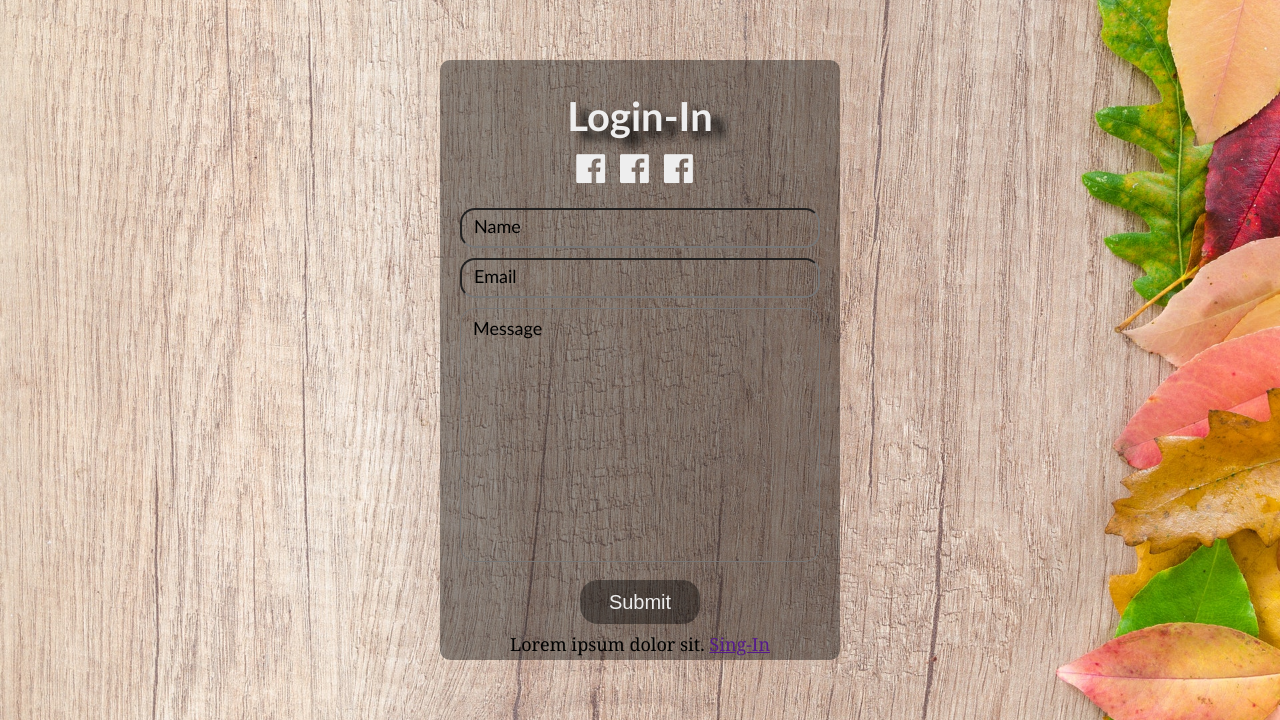
Repository: imedakrouti/BookStore
Page: ex.html
An editor plug-in stored every save of this project. The page is shown before and after the next save, followed by the edit.
The browser window is 1280 px wide. The pictures show the whole page.
Some web libraries are served in a nearby version.

Above is the page before, as saved 2020-05-08 16:00:55.

### ex.html
<!DOCTYPE html>
<html lang="en">
<head>
    <meta charset="UTF-8">
    <meta name="viewport" content="width=device-width, initial-scale=1.0">
    <link rel="stylesheet" href="https://use.fontawesome.com/releases/v5.0.10/css/all.css" integrity="sha384-+d0P83n9kaQMCwj8F4RJB66tzIwOKmrdb46+porD/OvrJ+37WqIM7UoBtwHO6Nlg" crossorigin="anonymous">

    <title>Document</title>
</head>
<style>
    *{
        margin: 0;
        padding: 0;
        box-sizing: border-box;
    }
    .contact{
        height: 100vh;
        background:url('images/img/wood-bg.jpeg')no-repeat center center/cover;
        display: flex;
        flex-direction: column;
        align-items: center;
        justify-content: center;
    }
    .form-contact{
        width: 400px;
        height: 600px;
        padding: 20px;
        background:rgba(0,0,0,.4);
        text-align: center;
        border-radius:10px;
    }
    .form-contact h2{
        font-size: 40px;
        font-family: 'Gill Sans', 'Gill Sans MT', Calibri, 'Trebuchet MS', sans-serif;
        color:#eee;
        margin:12px 0;
        text-transform: capitalize;
        text-shadow: 12px 8px 9px #000;
    }
    .social-media{

    }
    .social-media i{
        font-size: 33px;
        color:#eee;
        margin-right: 11px;
        margin-bottom: 13px;
    }
    .form-contact input[type='text'],
    .form-contact input[type='email'],
    .form-contact textarea{
        display: block;
        padding: 0.375rem 0.75rem;
        font-size: 1rem;
        line-height: 1.5;
        margin: 10px auto;
        width: 100%;
        resize: none;
        background:transparent;
        border-radius:15px;
        outline: none;

    }
    .form-contact input::placeholder,
    .form-contact textarea::placeholder{
        color:#000;
        font-family: 'Gill Sans', 'Gill Sans MT', Calibri, 'Trebuchet MS', sans-serif;
        font-size: 18px;
    }
    .form-contact .btn{
        display: inline-block;
        font-weight: 400;
        text-align: center;
        white-space: nowrap;
        vertical-align: middle;
        -webkit-user-select: none;
        -moz-user-select: none;
        -ms-user-select: none;
        user-select: none;
        border: 1px solid transparent;
        padding: 0.375rem 1.75rem;
        font-size: 1.25rem;
        color:#eee;
        line-height: 1.5;
        background:rgba(0,0,0,.4);
        cursor:pointer;
        border-radius:18px;
        transition: all .7s;
        margin:8px;
    }
    .btn:hover{
        color:rgba(0,0,0,.8);
        background:#eee;
    }
    .form-contact p{
        font-family: Georgia, 'Times New Roman', Times, serif;
        font-size: 18px;
    }
    /* header{
    height: 100vh;
    background:linear-gradient(rgba(234,236,244,0.6),rgba(123,120,111,0.7)),url('images/img/header-bg.jpeg')no-repeat fixed center /cover;
    clip-path: polygon(0 0, 100% 0, 100% 90%, 0 100%);
    display: flex;
    align-items: center;
    justify-content: center;
  }
    .nav{
        align-self: flex-start;
        position: absolute;
        padding: 30px;
        width: 100%;
        display: flex;
        justify-content: space-between;
    }
    ul{
      display: flex;
     align-items: center;

    }
    .text-center{
        text-align: center;
    }
    .text-center a{
        display: block;
        margin-bottom: 8px;
        padding: 4px 20px;
        background: transparent;
        text-decoration: none;
        border:1px solid yellow;
        color:yellow
    }
    .text-center a:hover{
        background:yellow;
        color:#eee
    }
    ul li{
        list-style: none;
        margin: 0 30px;
    }
    ul li a{
        text-decoration: none;
       padding: 0.75rem;
       margin: 0.025rem;
        color:#eee;
        background:#444;
        font-size: 20px;
        font-family: Cambria, Cochin, Georgia, Times, 'Times New Roman', serif;
        text-transform: uppercase;
        border-radius: 12px;
    }
    @media screen and (max-width: 500px){
        .nav a img{
            width: 80px;
            height: 80px;
        }
        .nav ul{
            display: block;
        }
    } */

</style>
<body>
    <!-- <header>
        <div class="nav">
                <a href=""><img src="images/img/book.png" alt="" width="200px"height="30px"></a>

            <ul>
                <li><a href="">home</a></li>
                <li><a href="">home</a></li>
                <li><a href="">home</a></li>
                <li><a href="">home</a></li>

            </ul>
        </div>
        <div class="logo text-center">
            <p>Lorem ipsum dolor sit amet consectetur adipisicing elit. Placeat, adipisci repudiandae.</p>
            <a href="">aaaa</a>
            <a href="">aaaa</a>
        </div>
    </header> -->
    <section class="contact">
        <form action=""class="form-contact">
            <h2>Login-in</h2>
            <div class="social-media">
                <i class="fab fa-facebook fa-3x fa-circle"> </i>
                <i class="fab fa-facebook fa-3x"> </i>
                <i class="fab fa-facebook fa-3x"> </i>
            </div>

              <input type="text" class="form-control" name="" id="" aria-describedby="helpId" placeholder="Name">
              <input type="email" class="form-control" name="" id="" aria-describedby="helpId" placeholder="Email">
             <textarea name="" id="" cols="30" rows="10"placeholder="Message"></textarea>
             <button type="submit" class="btn btn-primary">Submit</button>
             <P>Lorem ipsum dolor sit. <a href=""class="sign">Sing-In</a></P>
        </form>
    </section>

</body>
</html>

After the next save:
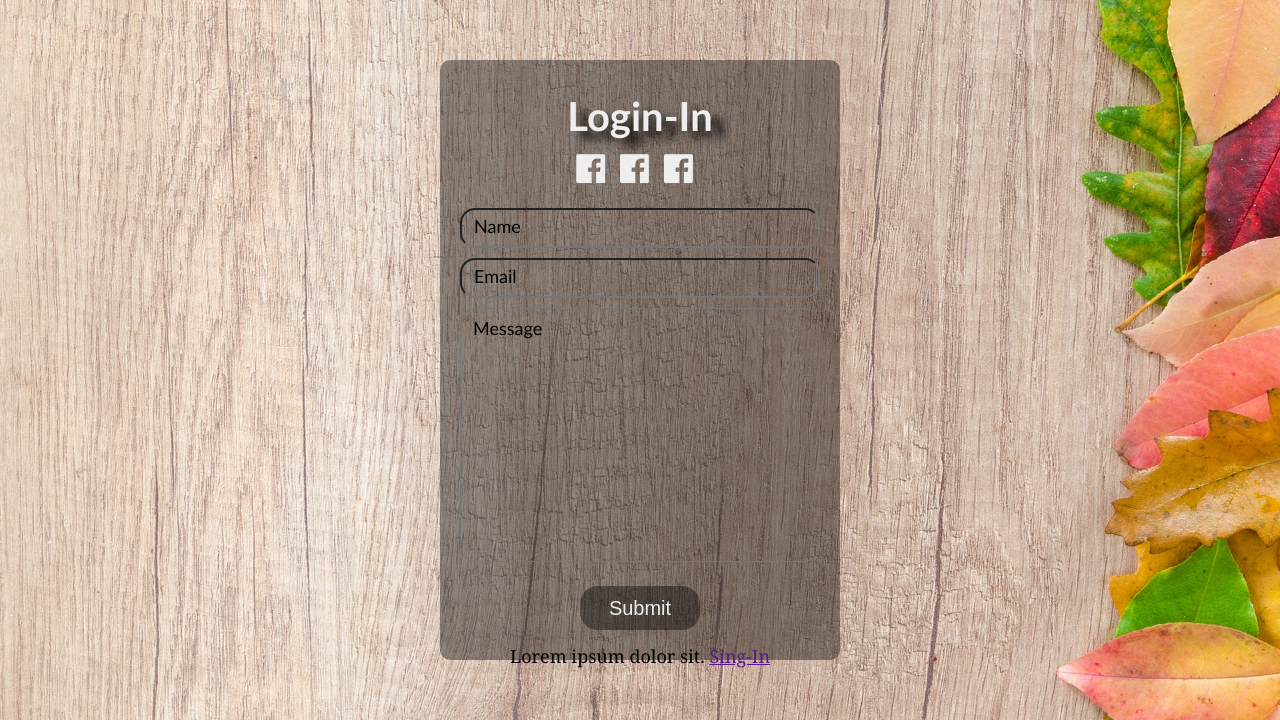
Saved 14 s later.
--- a/ex.html
+++ b/ex.html
@@ -86,7 +86,7 @@
         cursor:pointer;
         border-radius:18px;
         transition: all .7s;
-        margin:8px;
+        margin:14px;
     }
     .btn:hover{
         color:rgba(0,0,0,.8);
